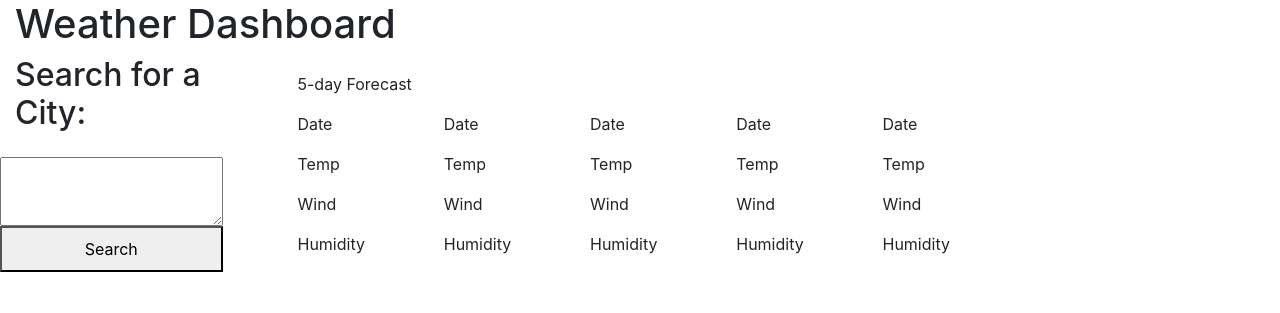
Repository: stuart-rickard/weather-ch
Page: index.html
These files come from the project's save history. The page is drawn as it stood at one moment and after the next save; the edit follows.
The browser window is 1280 px wide. The pictures show the whole page.

Above is the page before, as saved 2021-12-07 05:15:13.
Console error: TypeError: Cannot read properties of null (reading 'addEventListener')

After the next save:
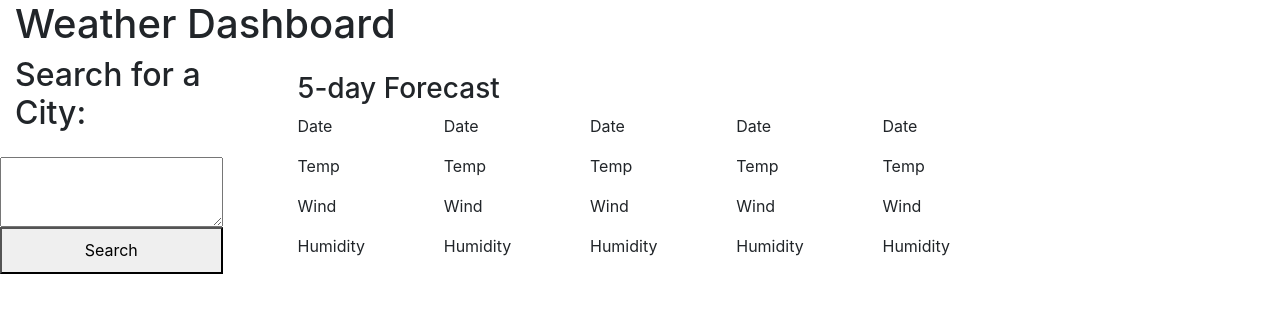
The error is gone.
Saved 5 s later.
--- a/index.html
+++ b/index.html
@@ -18,7 +18,7 @@
             <div class="col-12 row">
                 <div class="col-12 row">
                     <h2 class="col-12">Search for a City:</h2>
-                    <textarea class="col-12"></textarea>
+                    <textarea class="col-12" id="text-input"></textarea>
                     <button class="col-12">Search</button>
                 </div>
 
@@ -33,7 +33,7 @@
                 <p id=city-UV></p>
             </div>
             <div class="col-12 row">
-                <p class="col-12">5-day Forecast</p>
+                <h3 class="col-12">5-day Forecast</h3>
                 <div class="col-2 forcast-card">
                     <p>Date</p>
                     <p>Temp</p>
